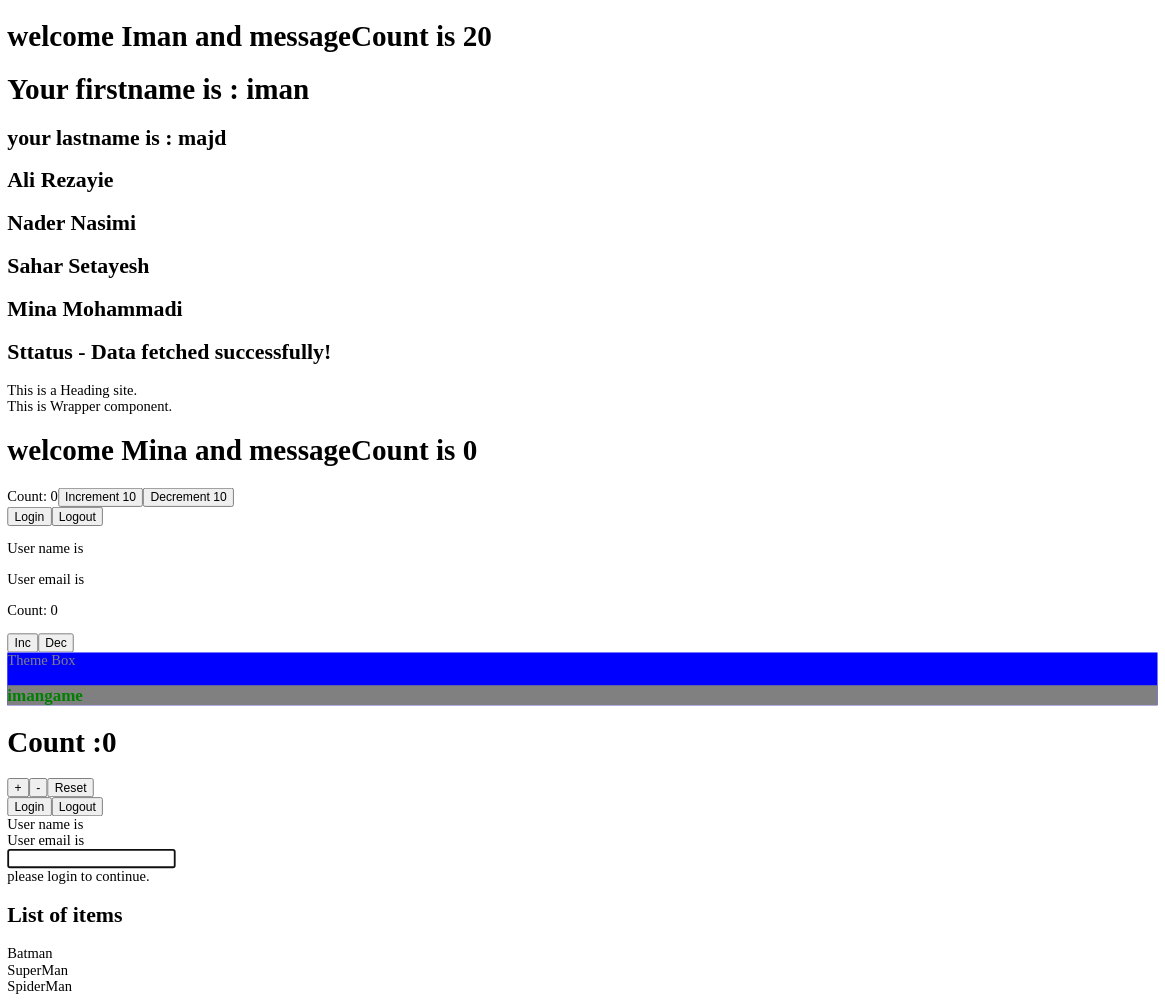
Repository: imangame2125/Typescript-learn-course
Page: /
These files come from the project's save history. The page is drawn as it stood at one moment and after the next save; the edit follows.
The browser window is 1280 px wide. The pictures show the whole page, at 91% of full size.
The project was rebuilt for these pictures with package versions that can differ from the ones it lists, and the page was loaded fresh each time.

Above is the page before, as saved 2023-10-01 16:11:26.

After the next save:
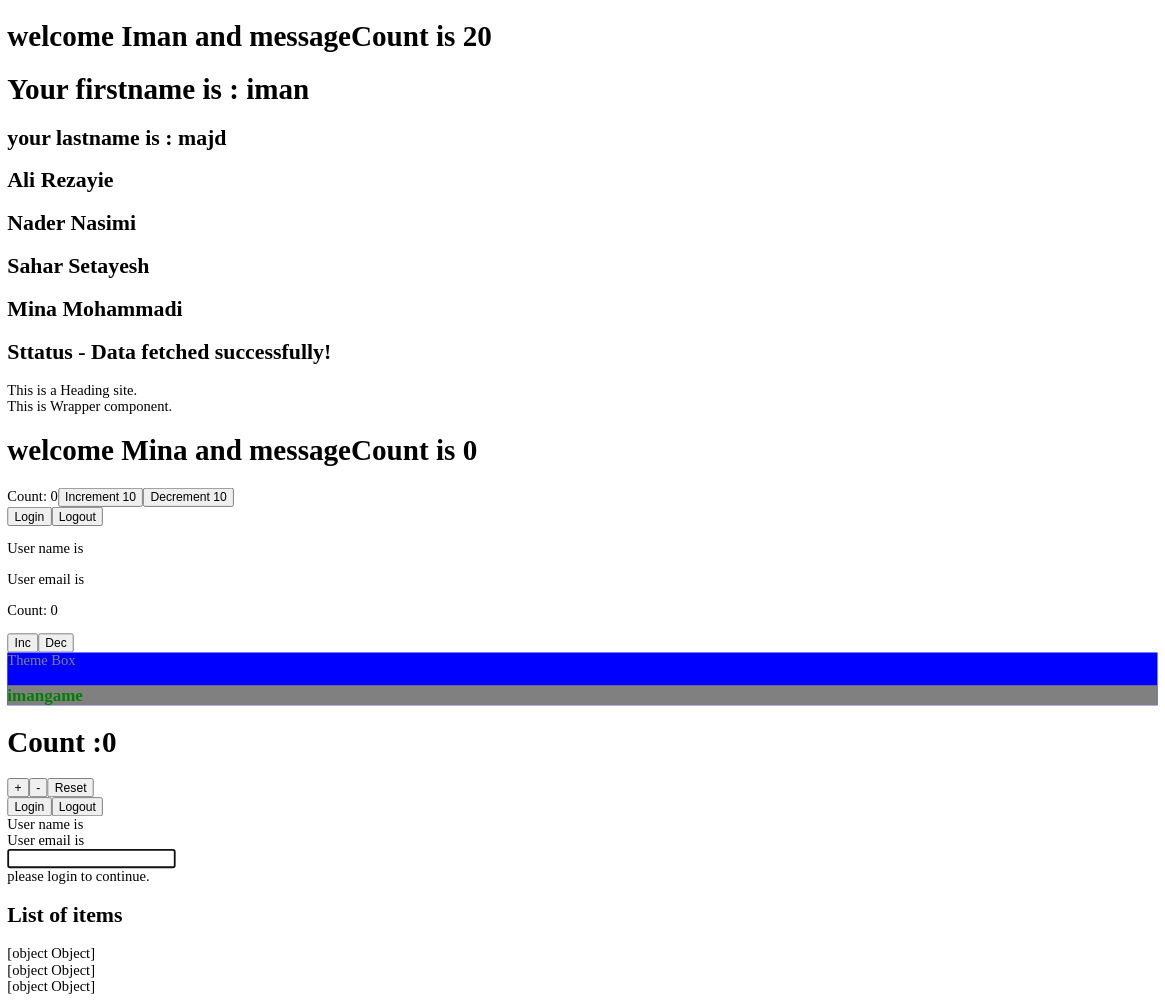
Saved 89 s later.
--- a/src/App.tsx
+++ b/src/App.tsx
@@ -82,7 +82,7 @@ function App() {
 
       <Private isLoggedIn={true} component={LogIn}/>
 
-      <List items={['Batman','SuperMan','SpiderMan']} onClick={(item)=>console.log(item)}/>
+      <List items={[{ id: 1, name: 'Batman' }, { id: 2, name: 'SuperMan' }, { id: 3, name: 'SpiderMan' }]} onClick={(item) => console.log(item)}/>
     </div>
   );
 }

After the 2 saves that followed:
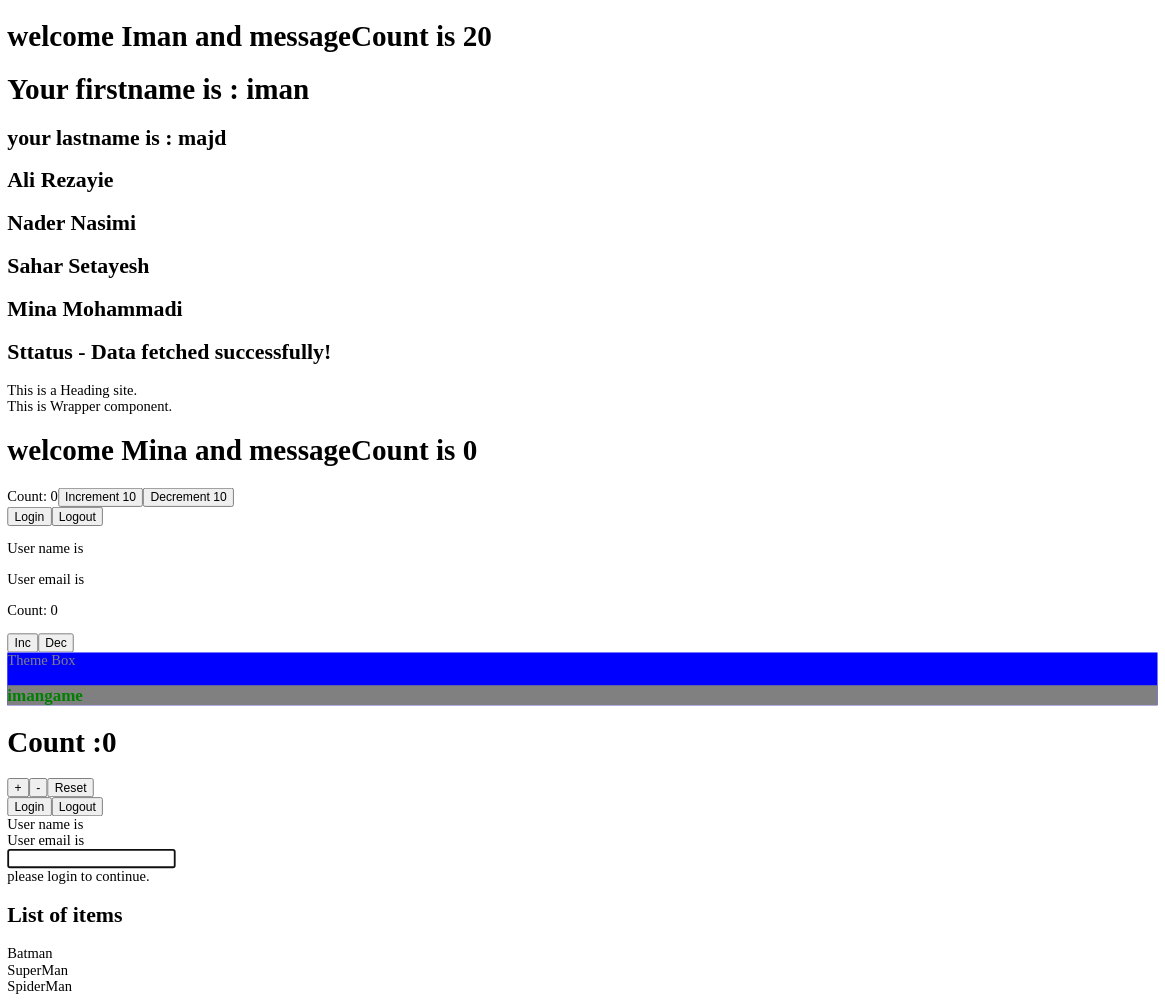
The 2 saves are shown as one change because 1 did not build or start.
The last was saved 32 s later.
--- a/src/components/generics/List.tsx
+++ b/src/components/generics/List.tsx
@@ -11,7 +11,7 @@
         {items.map((item, index) => {
             return (
             <div onClick={() => onClick(item)} key={item.id}>
-                {String(item)}
+                {item.name}
             </div>
             );
         })}
